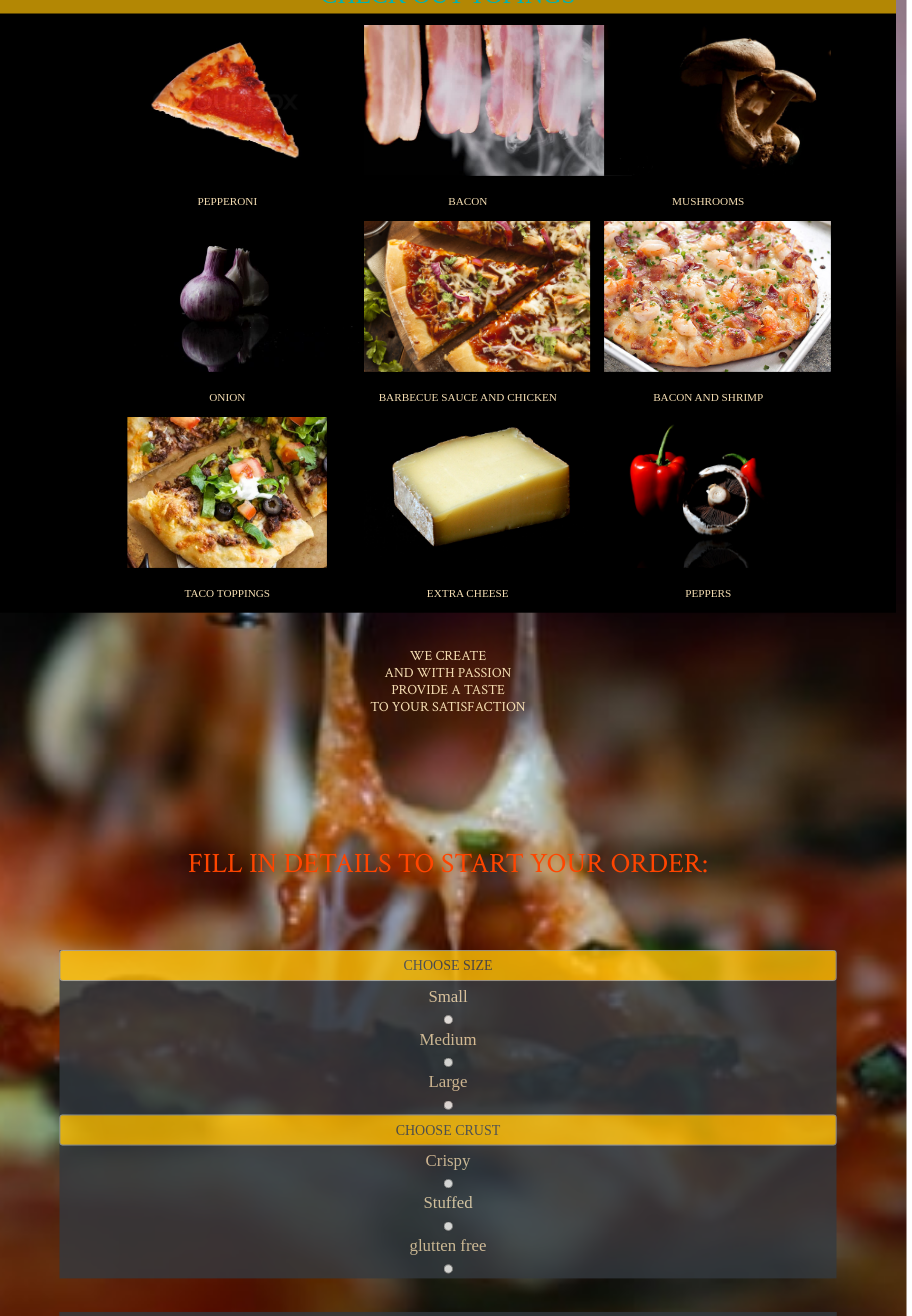
Repository: alexmwaura/MOREO--PIZZA-IP4
Page: mine.html
The author's editor kept a copy of each file at every save. The page is drawn from the files as they stood at one save, then again after the next save.
The browser window is 1280 px wide. The page is 1303 px wide, so the pictures cover 1303 px, including what lies to the right of the window. The pictures show the part of the page from y = 796 to 2676 px (the page is 3153 px tall before and 3215 px after), at 70% of full size.
Some web fonts or font styles are not loaded; a fallback is used.

Above is the page before, as saved 2019-09-01 18:44:58.

After the next save:
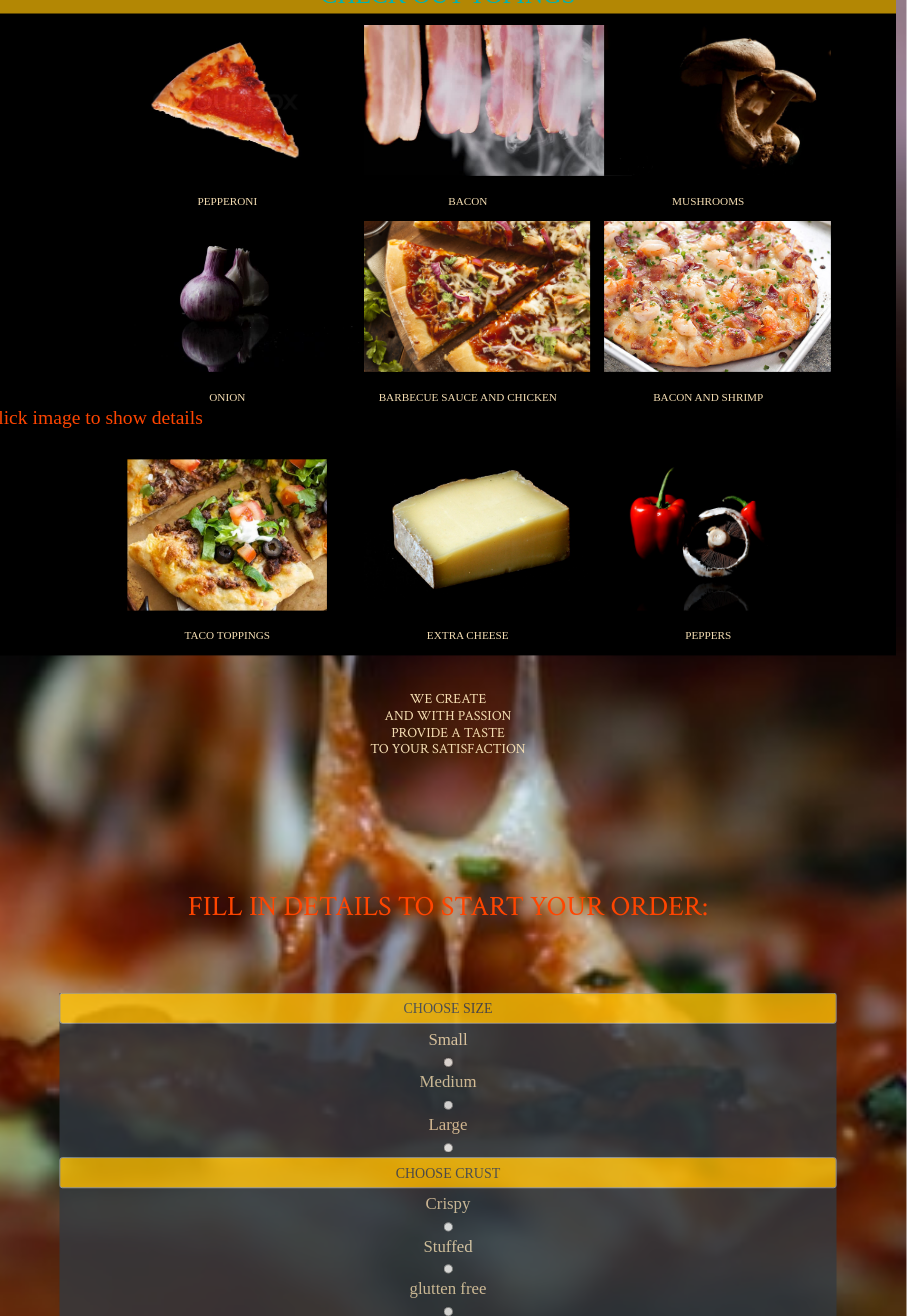
Saved 31 s later.
--- a/mine.html
+++ b/mine.html
@@ -420,6 +420,10 @@
 
                         </div>
 
+                    </div>
+
+                    <div class="form-group">
+                        <h3 style="color: orangered" style="font-size: 10vh" class="price"> click image to show details</h3>
                     </div>
 
 
